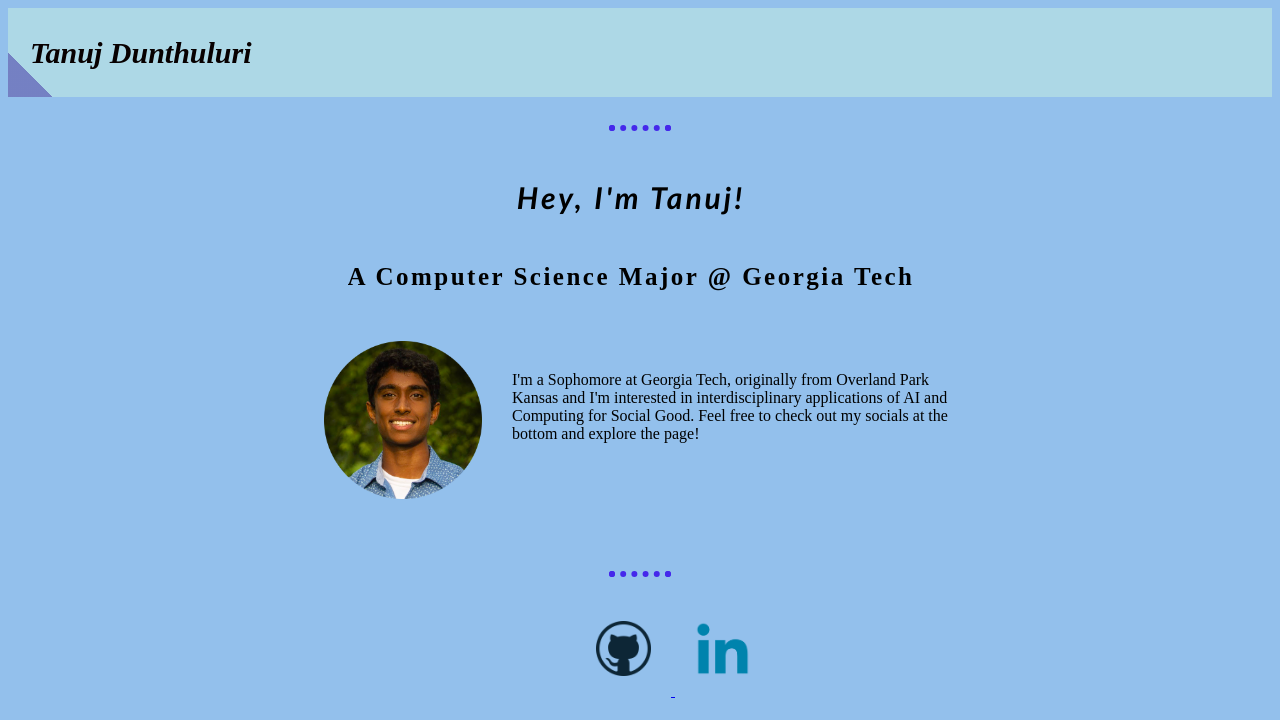
Repository: tjdunthuluri/tjdunthuluri.github.io
Page: index.html
The author's editor kept a copy of each file at every save. The page is drawn from the files as they stood at one save, then again after the next save.
The browser window is 1280 px wide. The pictures show the whole page.

Above is the page before, as saved 2023-01-17 21:49:59.

After the next save:
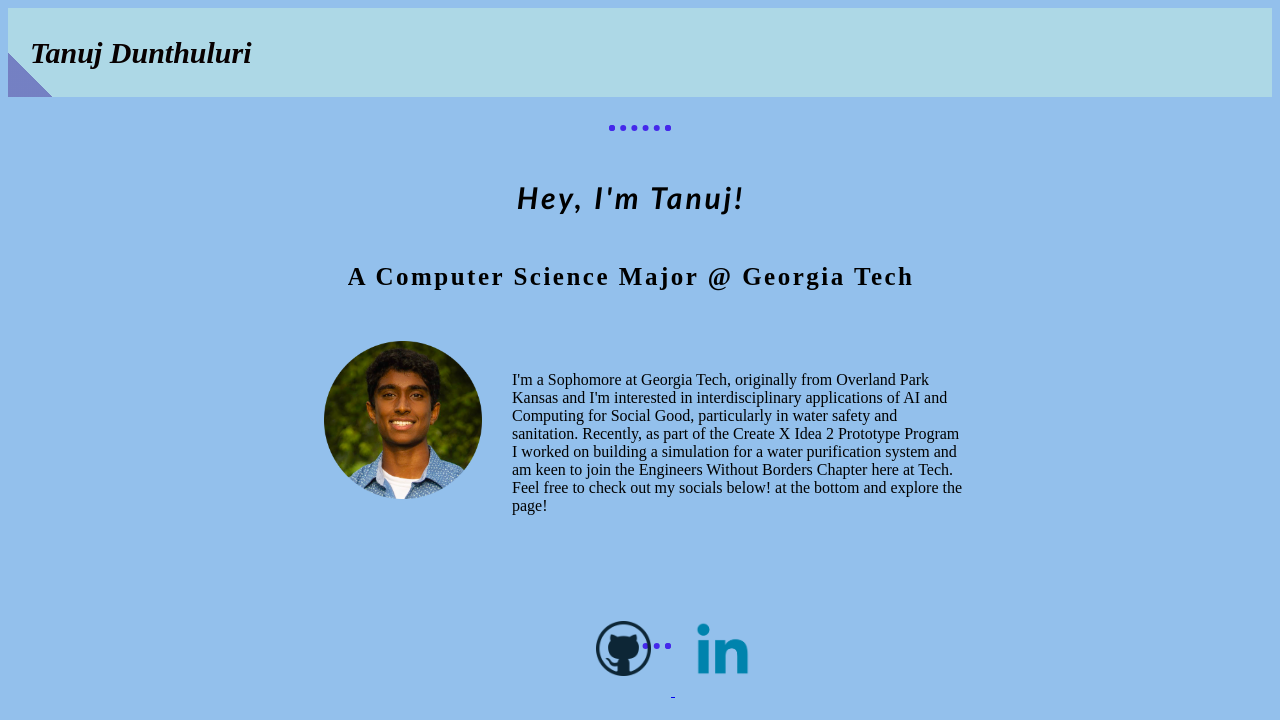
Saved 16 min 25 s later.
--- a/index.html
+++ b/index.html
@@ -28,7 +28,7 @@
           <div class="about">
             <img src = "images/me-modified.png" class = "Tanuj">
             <p>I'm a Sophomore at Georgia Tech, originally from Overland Park Kansas and I'm interested in interdisciplinary
-            applications of AI and Computing for Social Good. Feel free to check out my socials
+            applications of AI and Computing for Social Good, particularly in water safety and sanitation. Recently, as part of the Create X Idea 2 Prototype Program I worked on building a simulation for a water purification system and am keen to join the Engineers Without Borders Chapter here at Tech. Feel free to check out my socials below!
             at the bottom and explore the page!
             </p>
           </div>
